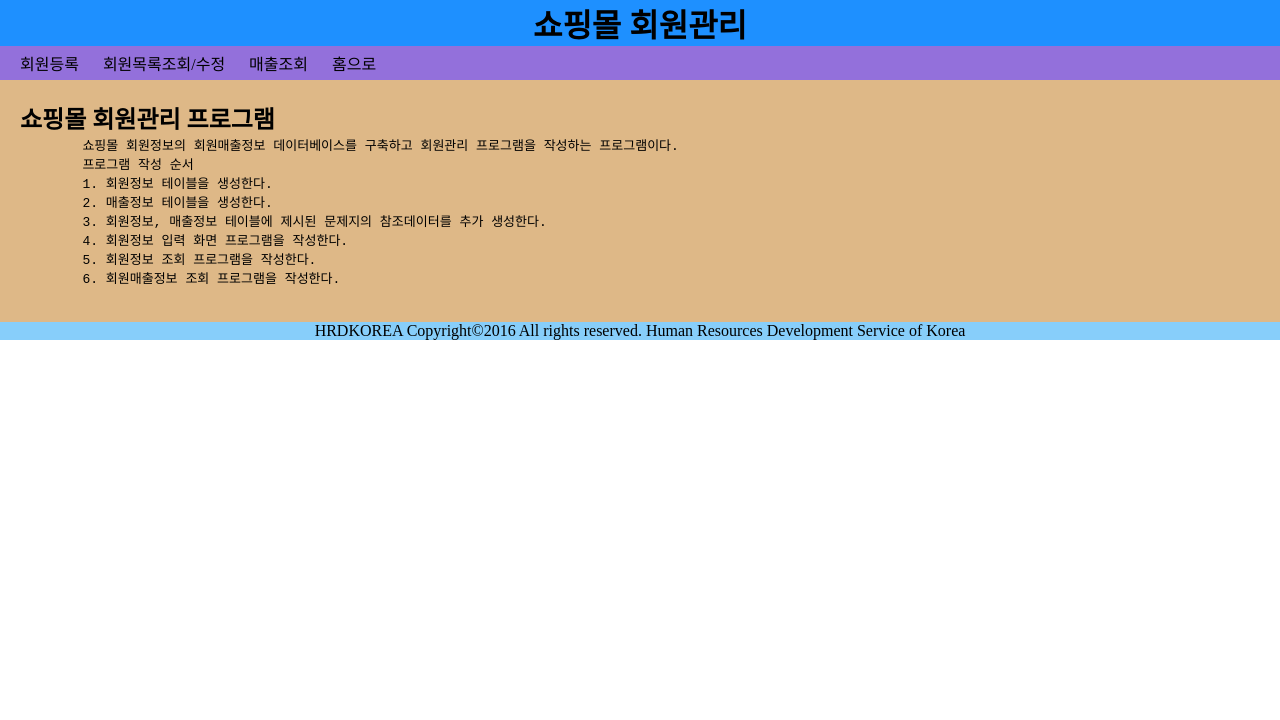
Repository: guguping/finalTestStudy
Page: http://localhost/test2/
An editor plug-in stored every save of this project. The page is shown before and after the next save, followed by the edit.
The browser window is 1280 px wide. The pictures show the whole page.
The page is served by Tomcat 9.

Above is the page before, as saved 2023-07-28 06:45:41.

After the next save:
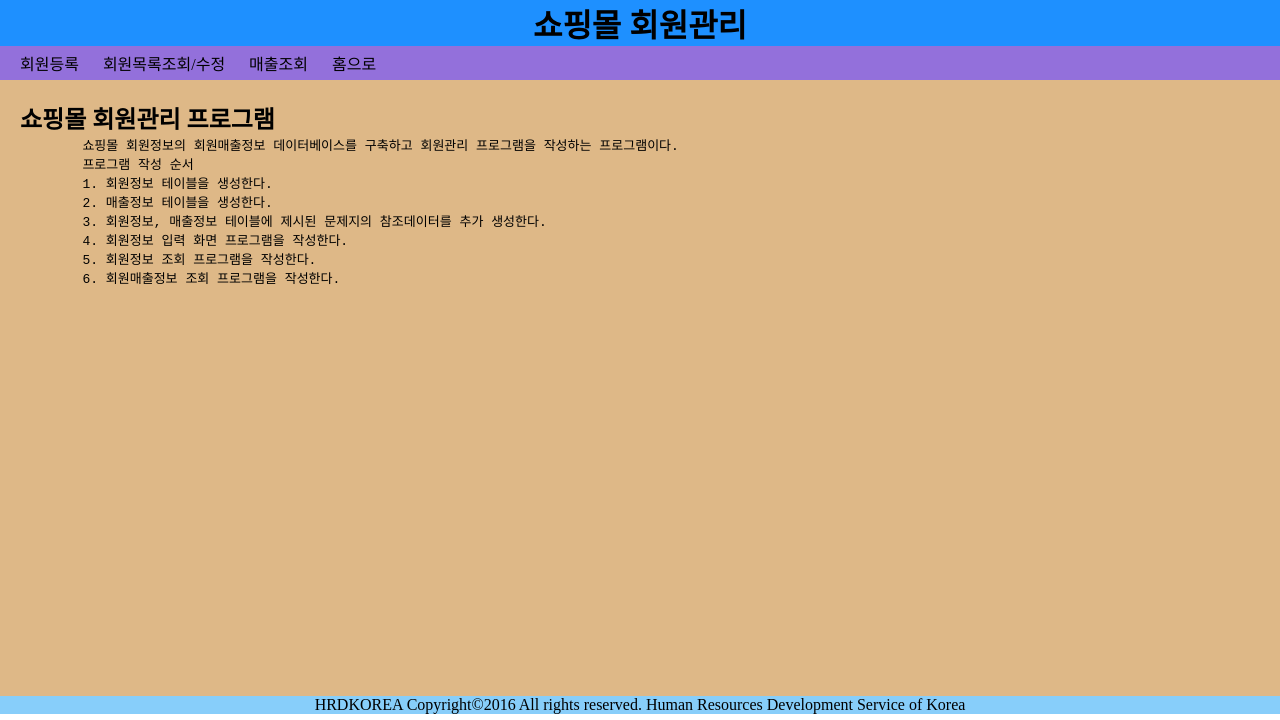
Saved 8 s later.
--- a/test2/src/main/webapp/index.jsp
+++ b/test2/src/main/webapp/index.jsp
@@ -8,7 +8,7 @@
             margin: 0;
         }
         #contents {
-			height: 80hv;
+			height: 80vh;
             background-color: burlywood;
             padding: 20px;
         }
